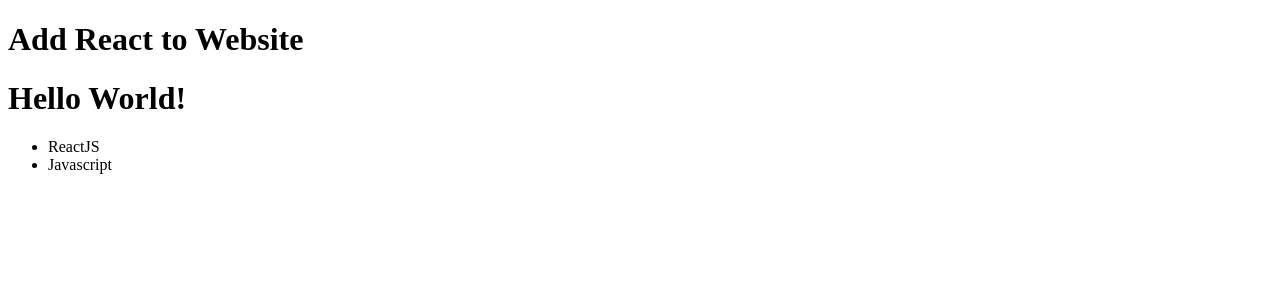
Repository: thuan711/Knowledge-Reacjs
Page: index.html
An editor plug-in stored every save of this project. The page is shown before and after the next save, followed by the edit.
The browser window is 1280 px wide. The pictures show the whole page.

Above is the page before, as saved 2023-06-09 09:39:37.

### index.html
<!DOCTYPE html>
<html lang="en">
<head>
    <meta charset="UTF-8">
    <meta http-equiv="X-UA-Compatible" content="IE=edge">
    <meta name="viewport" content="width=device-width, initial-scale=1.0">
    <title>ReactJS</title>
    <script src="https://unpkg.com/react@18/umd/react.development.js" crossorigin></script>
</head>
<body>
    <h1>Add React to Website</h1>
    <!--
        1. Github, NPMJS, UNPKG
        - Github là nơi lưu trữ mã nguồnhttps://github.com/facebook/react
        - NPMJS là nơi lưu trữ sản phẩm được built từ mã nguồn https://www.npmjs.com/
        - UNPKG dùng để lấy các thư viện bên NPMJS https://unpkg.com/react@18.2.0/index.js
        2. Add React to website
        3. Official doc
    -->
    <!--
        1. React.createElement() -> React element
        2. So sánh với document.createElement() -> DOM element
        3. Thay đổi: id, className, style, ...
        4. Thêm: text, HTML
        5. Tạo: <h1 title="Hello" class="heading">Hello World</h1>
        6. Tạo:
        <ul>
            <li>ReactJS</li>
            <li>JavaScript</li>
        </ul>
    -->
    <script>
        // 5
        //DOM
        const h1DOM = document.createElement('h1');
        h1DOM.title = 'Hello'
        h1DOM.className = 'heading'
        h1DOM.innerText = 'Hello World!'
        document.body.appendChild(h1DOM);
        //React -> React-DOM
        //React.createElement(type,props,children,n);
        const h1React = React.createElement('h1',{
            title: 'Hello',
            className: 'headings',
        },'Hello World!')

        //console.dir(h1DOM);
        //console.log(h1React);
        //6
        const ulDOM = document.createElement('ul');
        const liDOM1 = document.createElement('li');
        liDOM1.innerHTML='ReactJS'
        const liDOM2 = document.createElement('li');
        liDOM2.innerHTML='Javascript'
        ulDOM.appendChild(liDOM1);
        ulDOM.appendChild(liDOM2);
        document.body.appendChild(ulDOM);
        //React
        const ulReact = React.createElement(
            'ul',
            null,
            React.createElement('li',null,'ReactJS'),
            React.createElement('li',null,'JavaScript')
        )
        console.log(ulReact);

    </script>
</body>
</html>

After the next save:
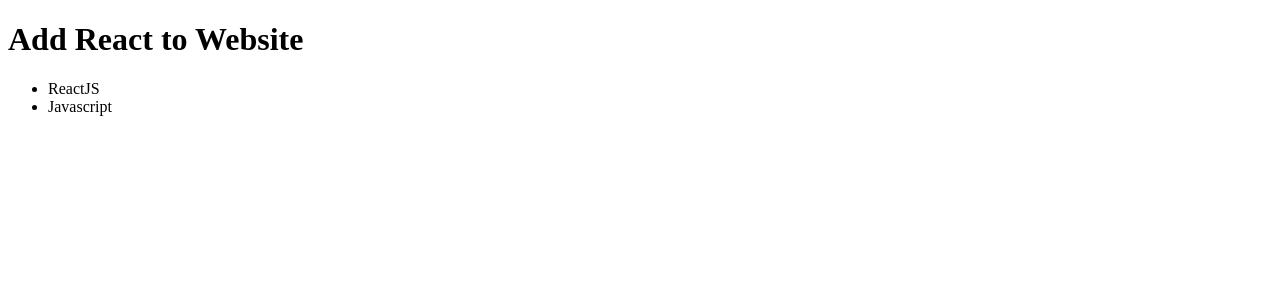
Saved 26 s later.
--- a/index.html
+++ b/index.html
@@ -36,7 +36,7 @@
         h1DOM.title = 'Hello'
         h1DOM.className = 'heading'
         h1DOM.innerText = 'Hello World!'
-        document.body.appendChild(h1DOM);
+        //document.body.appendChild(h1DOM);
         //React -> React-DOM
         //React.createElement(type,props,children,n);
         const h1React = React.createElement('h1',{
